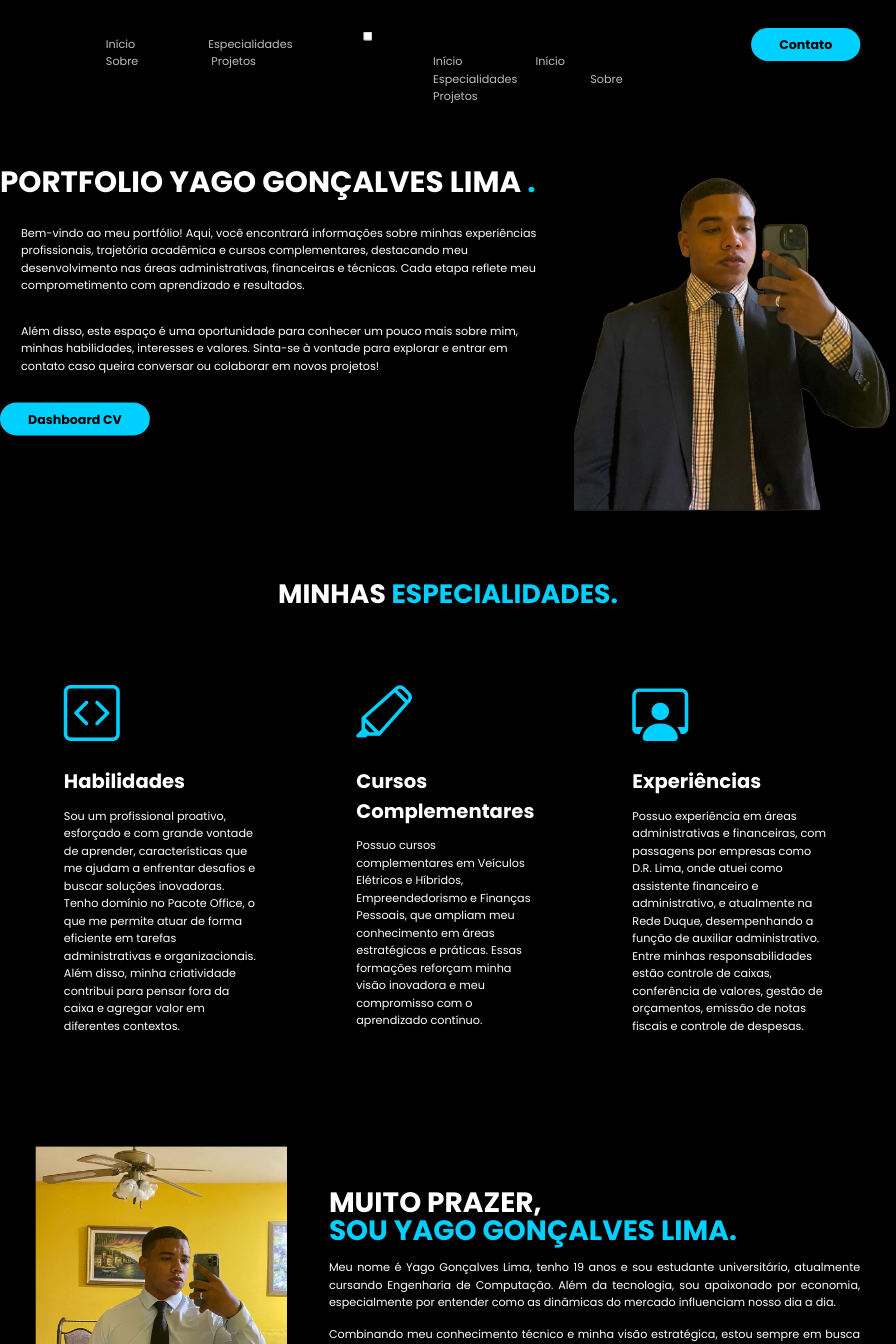
Repository: yagolima1511/Portfolio
Page: index.html
The author's editor kept a copy of each file at every save. The page is drawn from the files as they stood at one save, then again after the next save.
The browser window is 1280 px wide. The pictures show the part of the page from y = 0 to 1920 px (the page is 3549 px tall before and 3524 px after), at 70% of full size.

Above is the page before, as saved 2025-03-03 21:09:53.

After the next save:
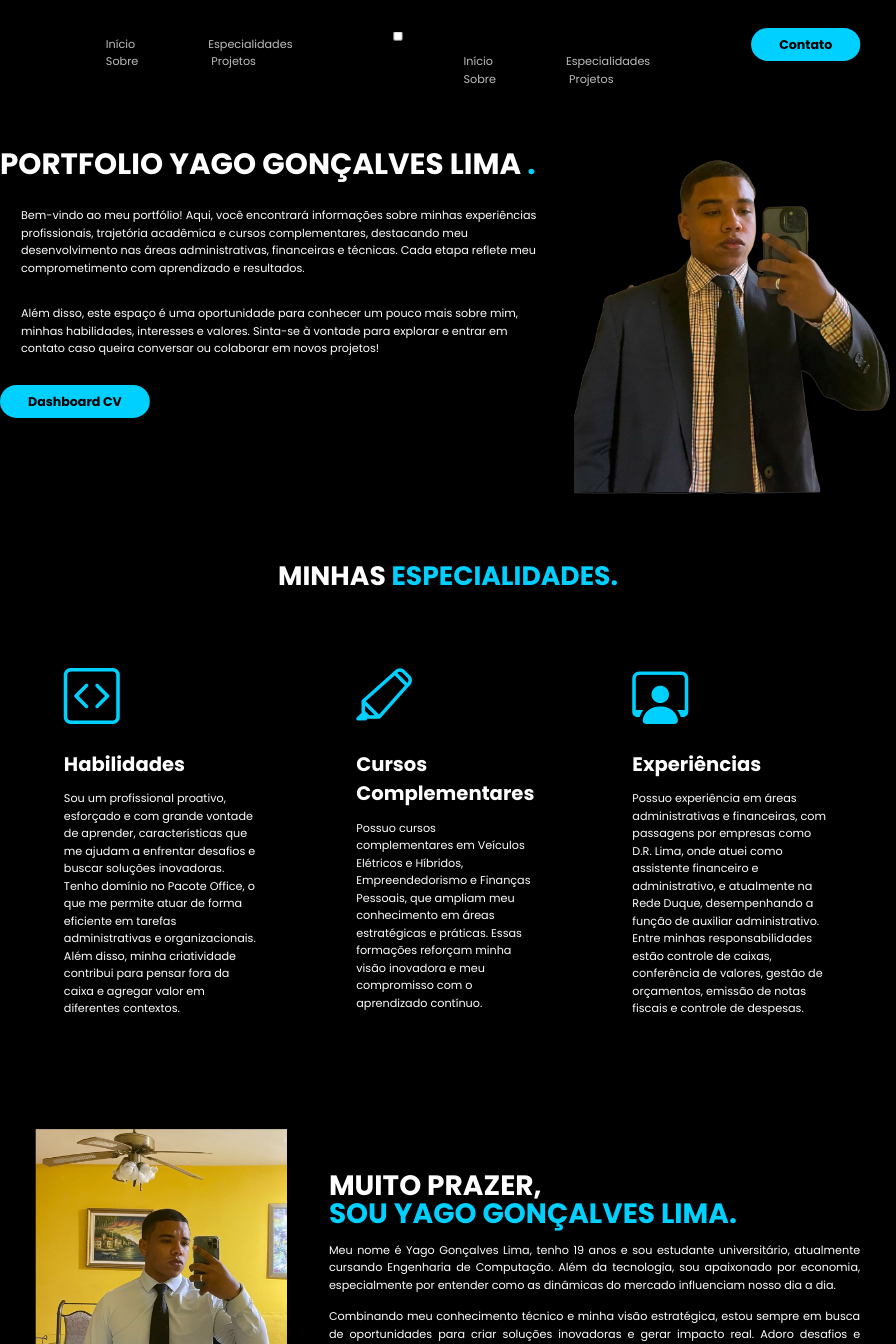
Saved 10 s later.
--- a/index.html
+++ b/index.html
@@ -33,8 +33,7 @@
                 </label>
                 <nav class="mobiel-nav">
                     <ul>
-                        <li><a href="#Início">Início</a></li>
-                        <li><a href="#início">Início</a></li>
+                          <li><a href="#início">Início</a></li>
                         <li><a href="#especialidades">Especialidades</a></li>
                         <li><a href="#sobre">Sobre</a></li>
                         <li><a href="#projetos">Projetos</a></li>
